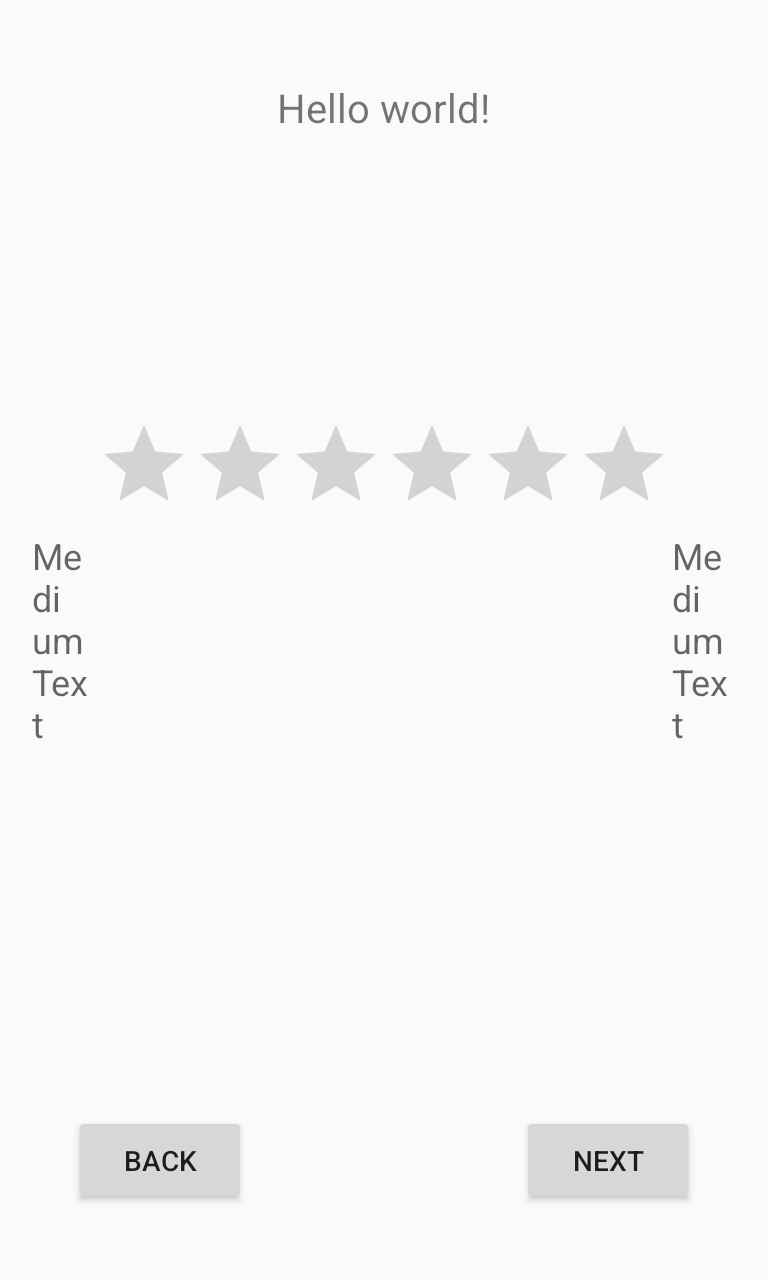
Repository: stevelyall/ERapp
Layout: ERsurvey/res/layout/activity_survey.xml
An editor plug-in stored every save of this project. The layout is shown before and after the next save, followed by the edit.
It is drawn on a 768 x 1280 px phone screen (xhdpi) without system bars, with theme AppTheme; the app's code is not run.

Above is the layout before, as saved 2014-10-25 06:21:20.

After the next save:
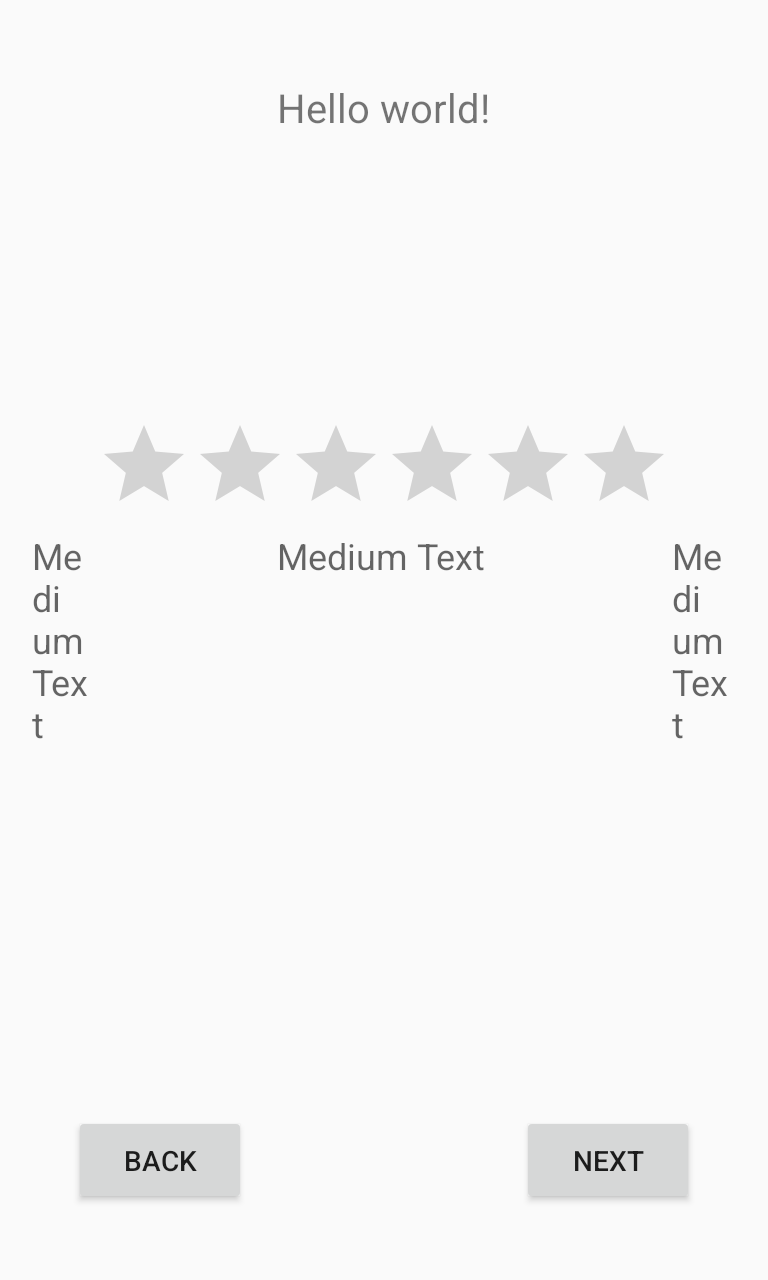
Saved 2 min 14 s later.
--- a/ERsurvey/res/layout/activity_survey.xml
+++ b/ERsurvey/res/layout/activity_survey.xml
@@ -66,4 +66,14 @@
         android:text="Medium Text"
         android:textAppearance="?android:attr/textAppearanceMedium" />
 
+    <TextView
+        android:id="@+id/medDesc"
+        android:layout_width="wrap_content"
+        android:layout_height="wrap_content"
+        android:layout_alignBaseline="@+id/highDesc"
+        android:layout_alignBottom="@+id/highDesc"
+        android:layout_alignLeft="@+id/questionTextView"
+        android:text="Medium Text"
+        android:textAppearance="?android:attr/textAppearanceMedium" />
+
 </RelativeLayout>
